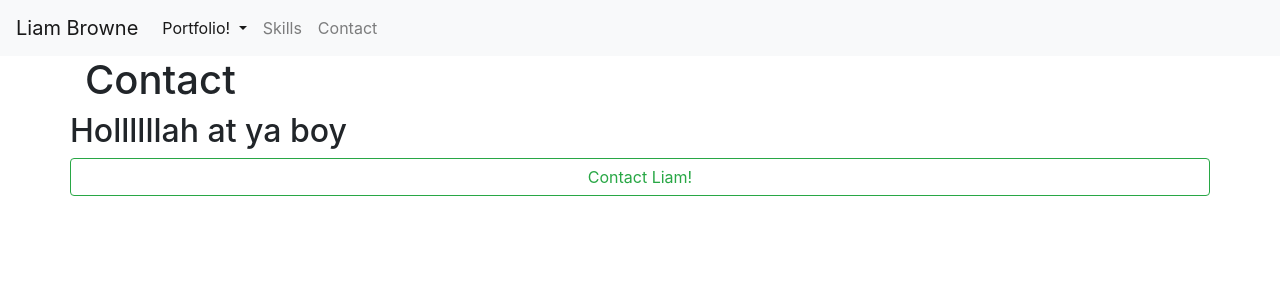
Repository: LiamB123/LiamBrowne.com.github.io
Page: contact.html
The author's editor kept a record of every edit. The page is drawn from the files as they stood at one moment, then again after the next edit.
The browser window is 1280 px wide. The pictures show the whole page.

Above is the page before.

After the next edit:
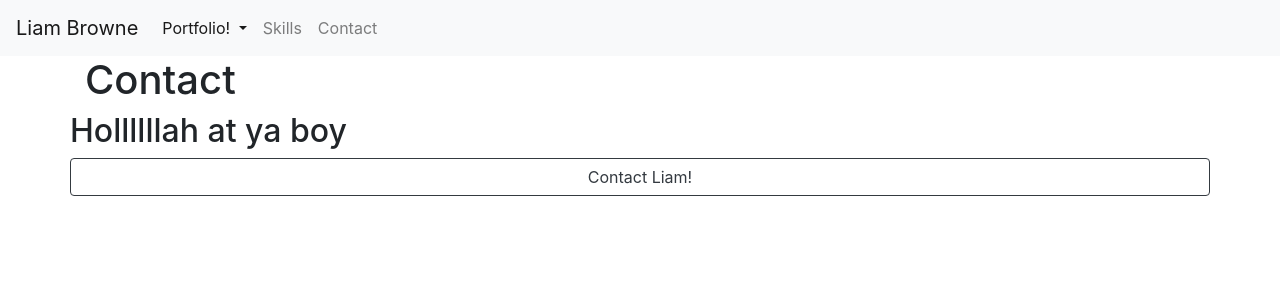
The edit:
--- a/contact.html
+++ b/contact.html
@@ -72,7 +72,7 @@
         </div>
 
         <!-- Button trigger modal -->
-        <button type="button" class="btn btn-outline-success btn-block " data-toggle="modal" data-target="#staticBackdrop">
+        <button type="button" class="btn btn-outline-dark btn-block " data-toggle="modal" data-target="#staticBackdrop">
     Contact Liam!
     </button>
 
